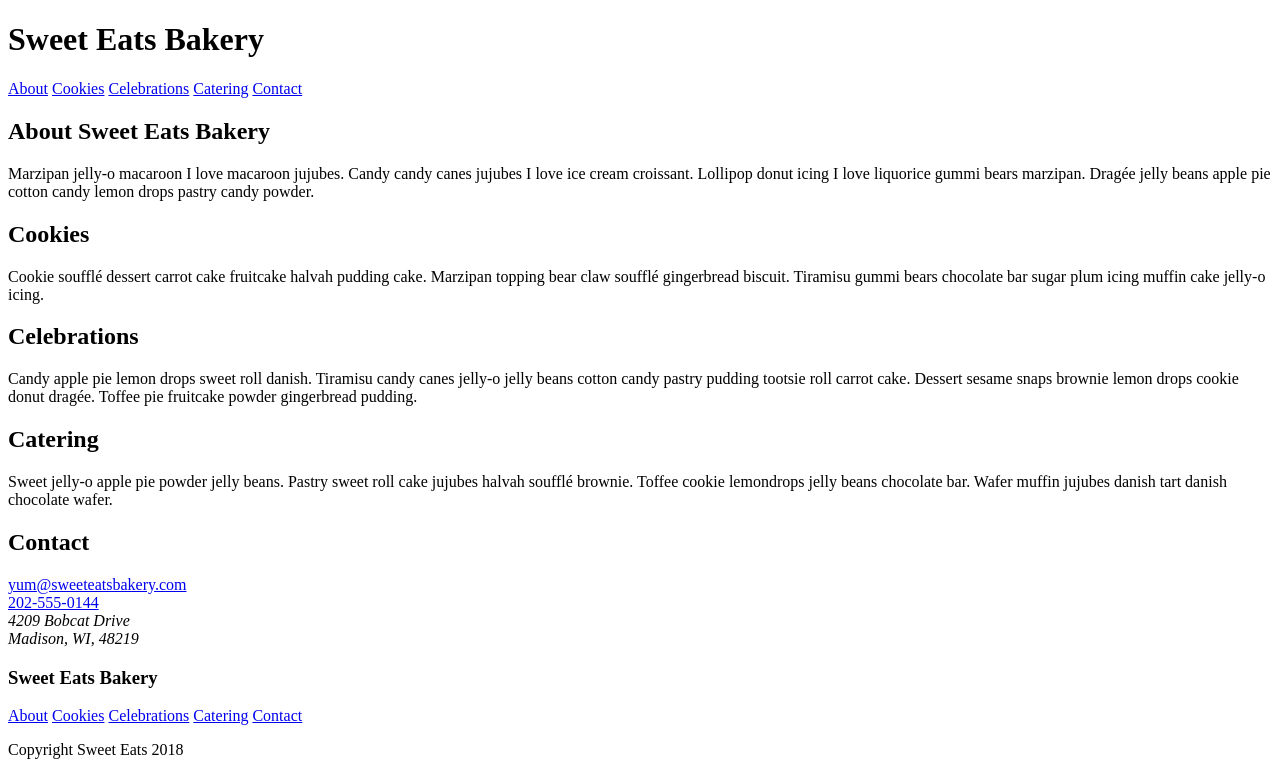
Repository: yoshimario/web-module-challenge-user-interface
Page: index.html
An editor plug-in stored every save of this project. The page is shown before and after the next save, followed by the edit.
The browser window is 1280 px wide. The pictures show the whole page.
Some web fonts or font styles are not loaded; a fallback is used.

Above is the page before, as saved 2023-05-15 13:41:56.

### index.html
<!DOCTYPE html>
<html lang="en">

<head>
    <meta charset="UTF-8">
    <!-- import your css file -->
    <link href="https://fonts.googleapis.com/css?family=Gaegu|Roboto" rel="stylesheet">
    <title>Sweet Eats Bakery</title>
</head>

<body>

    <!-- company name -->
    <h1>Sweet Eats Bakery</h1>
    <header headerNavLinksf>
        <!-- Navigation -->
        <nav>
            <a href="#about">About</a>
            <a href="#cookies">Cookies</a>
            <a href="#celebrations">Celebrations</a>
            <a href="#catering">Catering</a>
            <a href="#contact">Contact</a>
        </nav>
    </header>
    <!-- Image https://tk-assets.lambdaschool.com/bcf76f62-2431-4c22-b466-2e711f3da2b9_ui-i-bakery-main-header.png -->

    <!-- Marketing header -->
    <section id="about">
        <h2>About Sweet Eats Bakery </h2>

        <p>Marzipan jelly-o macaroon I love macaroon jujubes. Candy candy canes jujubes I love ice cream croissant.
            Lollipop
            donut icing I love liquorice gummi bears marzipan. Dragée jelly beans apple pie cotton candy lemon drops
            pastry candy
            powder.</p>
    </section>
    <!-- content -->

    <!-- Image https://tk-assets.lambdaschool.com/7393a8fd-c8e5-4003-921f-79e0d546d02c_ui-i-bakery-cookies.png -->
    <section id="cookies">
        <h2>Cookies</h2>

        <p>Cookie soufflé dessert carrot cake fruitcake halvah pudding cake. Marzipan topping bear claw soufflé
            gingerbread
            biscuit. Tiramisu gummi bears chocolate bar sugar plum icing muffin cake jelly-o icing.</p>
    </section>
    <!-- Image https://tk-assets.lambdaschool.com/297378d6-9c89-430f-9d2e-46ae3d5edce8_ui-i-bakery-cupcake-i.png -->

    <section id="celebrations">
        <h2>Celebrations</h2>

        <p>Candy apple pie lemon drops sweet roll danish. Tiramisu candy canes jelly-o jelly beans cotton candy pastry
            pudding
            tootsie roll carrot cake. Dessert sesame snaps brownie lemon drops cookie donut dragée. Toffee pie fruitcake
            powder
            gingerbread pudding.</p>
    </section>
    <!-- Image https://tk-assets.lambdaschool.com/ab0cb095-5900-476c-b042-aea065d3dbbf_ui-i-bakery-celebrate.png -->
    <section id="catering">
        <h2>Catering</h2>

        <p>Sweet jelly-o apple pie powder jelly beans. Pastry sweet roll cake jujubes halvah soufflé brownie. Toffee
            cookie
            lemondrops jelly beans chocolate bar. Wafer muffin jujubes danish tart danish chocolate wafer.</p>
    </section>
    <section id="contact">
        <h2>Contact</h2>

        <a href="mailto:yum@sweeteatsbakery.com">yum@sweeteatsbakery.com</a><br>
        <a href="tel:202-555-0144">202-555-0144</a><br>
        <address>4209 Bobcat Drive<br>
            Madison, WI, 48219</address>
    </section>
    <!-- footer -->
    <footer>
        <h3>Sweet Eats Bakery</h3>
            <nav>
                <a href="#about">About</a>
                <a href="#cookies">Cookies</a>
                <a href="#celebrations">Celebrations</a>
                <a href="#catering">Catering</a>
                <a href="#contact">Contact</a>
            </nav>
        <p>Copyright Sweet Eats 2018</p>
    </footer>
</body>

</html>

### index.css
/*======= Create a new universal selector that changes the font color to: #3C373B */


h1 {
  font-family: 'Gaegu', cursive;
  margin: 20px 0;
  /*=======  Update the font size to 60px and center the text */
  font-size: 10px;
}

h2, h3, h4, h5, h6 {
  font-family: 'Gaegu', cursive;
  margin-bottom: 0;
  padding: 0 10px;
  /*=======  Update the font size to 30px */
  font-size: 10px;
}

/*======= Create a selector for ALL p tags in the site to have the following styles:

font-size: 16px;
font-family: roboto;
padding: 10px;
line-height: 1.4;

*/


/*======= Create a selector for ALL images in the site to have the following styles:

  border-radius: 10px;

*/

.content-row {
  display: flex;
}

.content-row div {
  /*======= create a margin propery.  Set the value to 20px */
}

.container {
  /*======= create a width property. Set the value to 605px */
  margin: 0 auto;
}

.container header nav a {
  margin: 0 10px;
  border: 1px solid lightgray;
  padding: 20px;
  display: inline-block;
  border-radius: 20px;
  color: white;
  text-decoration: none;
  margin-bottom: 20px;
   /*======= create a background property. Set the value to #F87B99 */

}

.container header nav a:hover {
/*======= create a background property and set it to white.  Then create a color property and set it's value to pink. */
}

/*======= Create a selector for the about section to have the following styles:
  margin-top: 20px;
*/

.contact-section {
  border-top: 1px dashed black;
  padding: 20px 0;
}

.contact-section h2 {
  padding: 0;
  margin: 0 0 10px 0;
}

/*======= Create a selector for the address tag in the contact-section class to have the following styles:
   line-height: 2;
*/

footer {
  width: 100%;
  background: #F87B99;
  border-top: 1px dashed white;
}

footer .footer-content {
  margin: 0 auto;
  /*======= create a width property. Set the value to 600px */

}

footer .footer-content h3 {
  padding: 0;
  margin: 20px 0;
}

footer nav {
  display: flex;
}

/*======= Create a selector for the anchor tag in the footer to have the following styles:
  margin: 10px;
  color: black;
  text-decoration: underline;
*/


footer nav a:first-child {
  margin-left: 0;
}

/*======= Create a hover state for the anchor tag in the footer nav to have the following styles:
  color: white;
*/

footer .footer-content .copyright {
  padding: 20px 0;
   /*======= center the text here */
}

After the next save:
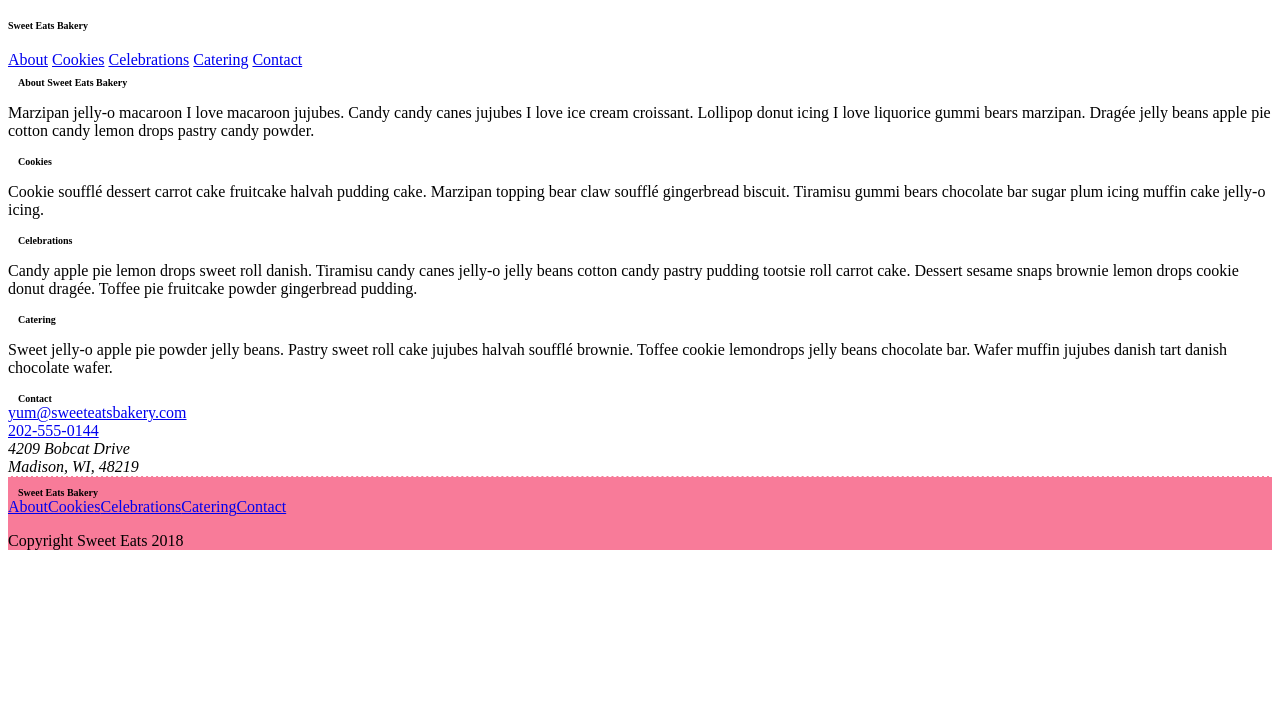
Saved 108 s later.
--- a/index.html
+++ b/index.html
@@ -4,6 +4,7 @@
 <head>
     <meta charset="UTF-8">
     <!-- import your css file -->
+    <link rel="stylesheet" href="index.css">
     <link href="https://fonts.googleapis.com/css?family=Gaegu|Roboto" rel="stylesheet">
     <title>Sweet Eats Bakery</title>
 </head>
